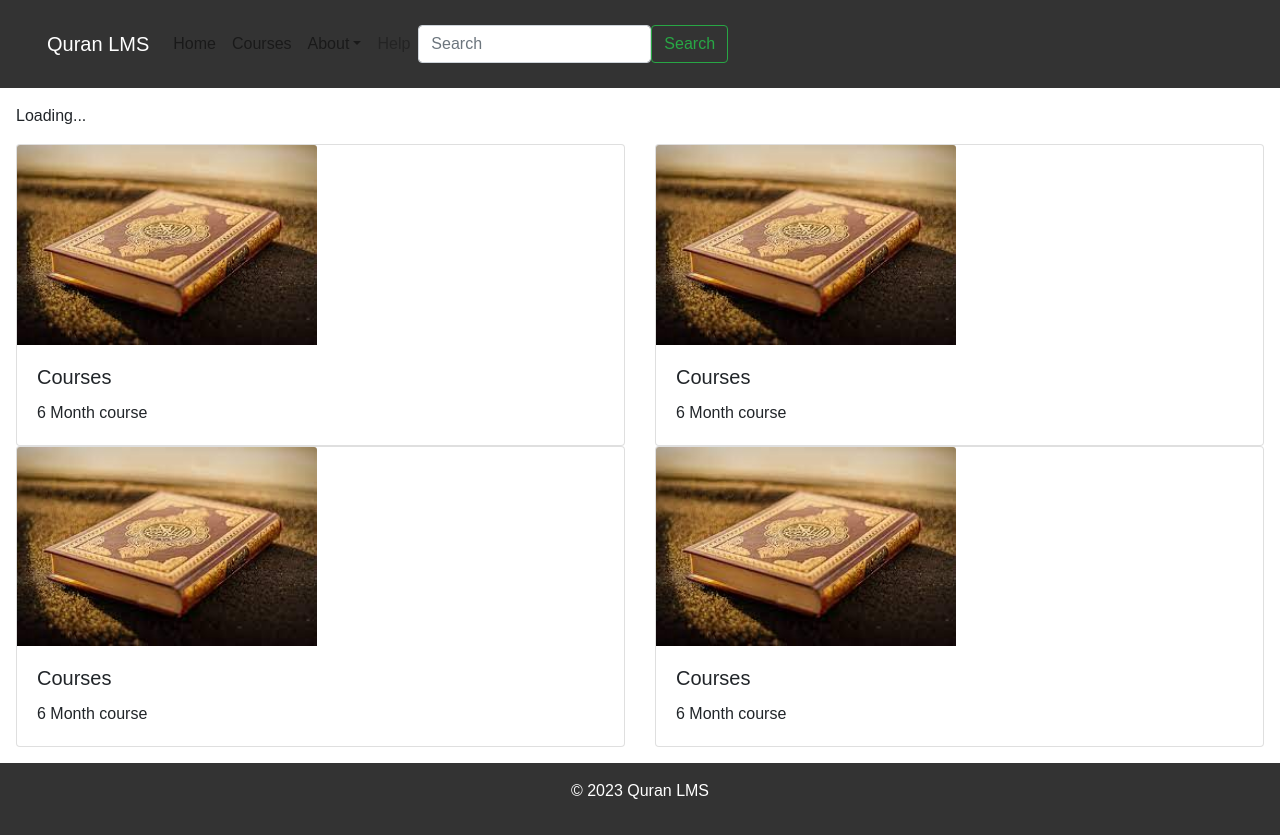
Repository: talha-mahmood/Quran-Lms-react
Page: /
An editor plug-in stored every save of this project. The page is shown before and after a run of saves, followed by the edit.
The browser window is 1280 px wide. The pictures show the whole page.
The page's requests for data from a server got no answer. The project was rebuilt for these pictures with package versions that can differ from the ones it lists, and the page was loaded fresh each time. No one was signed in, and anything a server would have sent is missing.

Above is the page before, as saved 2023-03-09 11:54:49.

### public/index.html
<!DOCTYPE html>
<html lang="en">
  <head>
    <meta charset="utf-8" />
    <link rel="icon" href="%PUBLIC_URL%/favicon.ico" />
    <meta name="viewport" content="width=device-width, initial-scale=1" />
    <meta name="theme-color" content="#000000" />
    <meta
      name="description"
      content="Web site created using create-react-app"
    />

    <link rel="apple-touch-icon" href="%PUBLIC_URL%/logo192.png" />
    <link rel="stylesheet" href="https://cdn.jsdelivr.net/npm/bootstrap@4.4.1/dist/css/bootstrap.min.css" integrity="sha384-Vkoo8x4CGsO3+Hhxv8T/Q5PaXtkKtu6ug5TOeNV6gBiFeWPGFN9MuhOf23Q9Ifjh" crossorigin="anonymous">
    <script src="https://code.jquery.com/jquery-3.4.1.slim.min.js" integrity="sha384-J6qa4849blE2+poT4WnyKhv5vZF5SrPo0iEjwBvKU7imGFAV0wwj1yYfoRSJoZ+n" crossorigin="anonymous"></script>
   <script src="https://cdn.jsdelivr.net/npm/popper.js@1.16.0/dist/umd/popper.min.js" integrity="sha384-Q6E9RHvbIyZFJoft+2mJbHaEWldlvI9IOYy5n3zV9zzTtmI3UksdQRVvoxMfooAo" crossorigin="anonymous"></script>
   <script src="https://cdn.jsdelivr.net/npm/bootstrap@4.4.1/dist/js/bootstrap.min.js" integrity="sha384-wfSDF2E50Y2D1uUdj0O3uMBJnjuUD4Ih7YwaYd1iqfktj0Uod8GCExl3Og8ifwB6" crossorigin="anonymous"></script>
    <!--
      manifest.json provides metadata used when your web app is installed on a
      user's mobile device or desktop. See https://developers.google.com/web/fundamentals/web-app-manifest/
    -->
    <link rel="manifest" href="%PUBLIC_URL%/manifest.json" />
    <!--
      Notice the use of %PUBLIC_URL% in the tags above.
      It will be replaced with the URL of the `public` folder during the build.
      Only files inside the `public` folder can be referenced from the HTML.

      Unlike "/favicon.ico" or "favicon.ico", "%PUBLIC_URL%/favicon.ico" will
      work correctly both with client-side routing and a non-root public URL.
      Learn how to configure a non-root public URL by running `npm run build`.
    -->
    <title>React App</title>
  </head>
  <body>
    <noscript>You need to enable JavaScript to run this app.</noscript>
    <div id="root"></div>

    <!--
      This HTML file is a template.
      If you open it directly in the browser, you will see an empty page.

      You can add webfonts, meta tags, or analytics to this file.
      The build step will place the bundled scripts into the <body> tag.

      To begin the development, run `npm start` or `yarn start`.
      To create a production bundle, use `npm run build` or `yarn build`.
    -->
  </body>
</html>

### src/App.js
import './App.css';
import React,{Component} from 'react';
import Button from 'react-bootstrap/Button';
import Container from 'react-bootstrap/Container';
import Form from 'react-bootstrap/Form';
import Nav from 'react-bootstrap/Nav';
import Navbar from 'react-bootstrap/Navbar';
import NavDropdown from 'react-bootstrap/NavDropdown';
import Card from 'react-bootstrap/Card';
import Col from 'react-bootstrap/Col';
import Row from 'react-bootstrap/Row';
import myimg from './download.jpeg'
class QuranLMS extends Component {
  state = {
    verses: [],
    isLoading: true
  };

  async componentDidMount() {
    const response = await fetch("https://api.quran.com/api/v4/quran/verses/uthmani?chapter_number=1");
    const data = await response.json();
    this.setState({
      verses: data.verses,
      isLoading: false
    });
  }

  render() {
    const { verses, isLoading } = this.state;
    return (
      <div>


          <div>
          <header>
          <Navbar bg="" expand="lg" >
      <Container fluid>
        <Navbar.Brand href="#" style={{ color: 'white' }}>Quran LMS</Navbar.Brand>
        <Navbar.Toggle aria-controls="navbarScroll" />
        <Navbar.Collapse id="navbarScroll">
          <Nav
            className="me-auto my-2 my-lg-0"
            style={{ maxHeight: '100px' }}
            navbarScroll
          >
            <Nav.Link href="#action1">Home</Nav.Link>
            <Nav.Link href="#action2">Courses</Nav.Link>
            <NavDropdown title="About" id="navbarScrollingDropdown">
              <NavDropdown.Item href="#action3">Register</NavDropdown.Item>
              <NavDropdown.Item href="#action4">
                Another action
              </NavDropdown.Item>
              <NavDropdown.Divider />
              <NavDropdown.Item href="#action5">
                Something else here
              </NavDropdown.Item>
            </NavDropdown>
            <Nav.Link href="#" disabled>
              Help
            </Nav.Link>
          </Nav>
          <Form className="d-flex">
            <Form.Control
              type="search"
              placeholder="Search"
              className="me-2"
              aria-label="Search"
            />
            <Button variant="outline-success">Search</Button>
          </Form>
        </Navbar.Collapse>
      </Container>
    </Navbar>
    </header>
          </div>



        <main>
          {isLoading ? (
            <p>Loading...</p>
          ) : (
            verses.map((verse) => (
              <p key={verse.id}>{verse.text_uthmani}</p>
            ))
          )}
          <div>
          <Row xs={1} md={2} className="g-4">
      {Array.from({ length: 4 }).map((_, idx) => (
        <Col>
          <Card>
            <Card.Img variant="top" src={myimg} />

            <Card.Body>
              <Card.Title>Courses</Card.Title>
              <Card.Text>
                6 Month course
              </Card.Text>
            </Card.Body>
          </Card>
        </Col>
      ))}
    </Row>
          </div>

        </main>
        <footer>
          <p>&copy; 2023 Quran LMS</p>
        </footer>
      </div>
    );
  }
}

export default QuranLMS;

### src/App.css
body {
  font-family: Arial, sans-serif;
  margin: 0;

}

header {
  background-color: #333;
  color: #fff;
  padding: 1em;
}

header h1 {
  margin: 0;
}

main {
  padding: 1em;
}

footer {
  background-color: #333;
  color: #fff;
  padding: 1em;
  text-align: center;
}
img{
  max-height:200px;
  max-width:300px;
}

Loaded but not shown: src/index.js (common file); src/index.css (common file); src/reportWebVitals.js (common file)

After the next 2 saves:
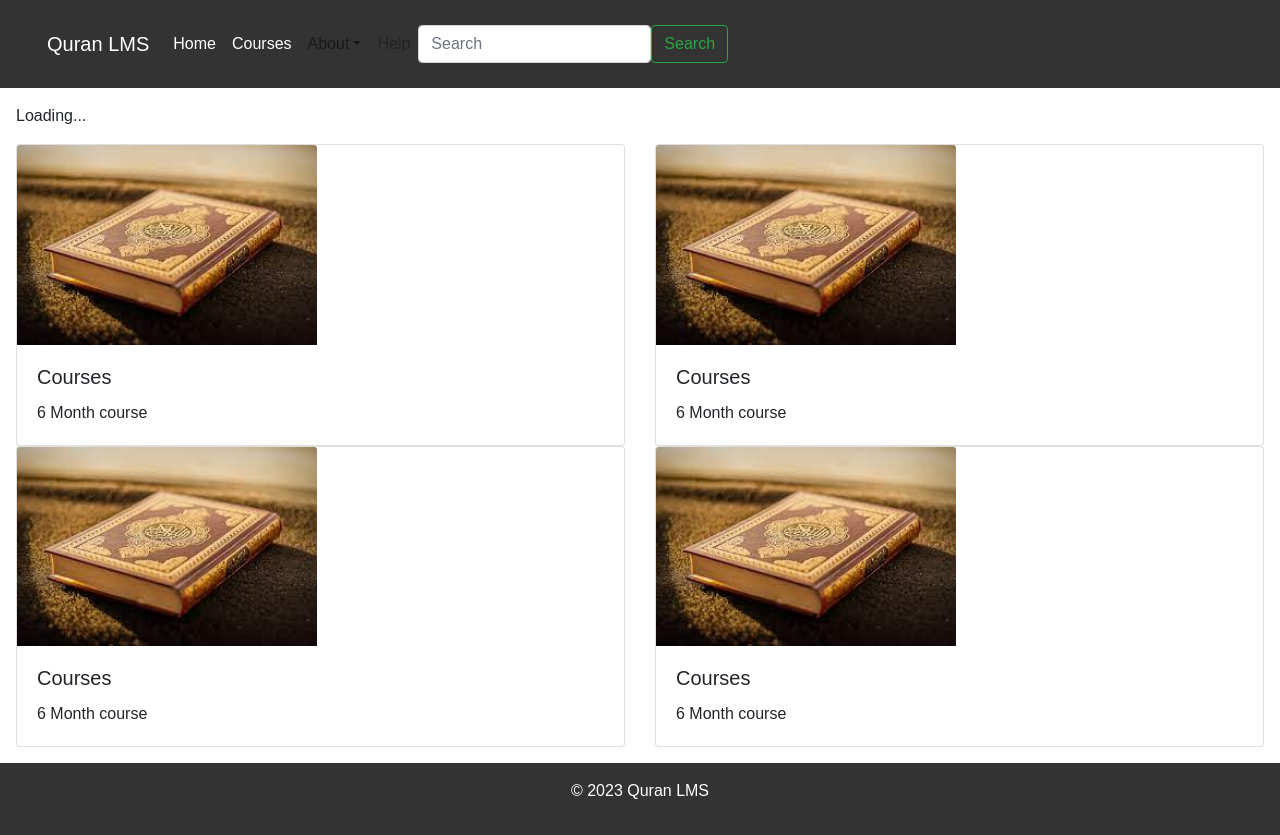
The 2 saves are shown as one change because they came seconds apart.
The last was saved 20 s later.
--- a/src/App.js
+++ b/src/App.js
@@ -43,8 +43,8 @@ class QuranLMS extends Component {
             style={{ maxHeight: '100px' }}
             navbarScroll
           >
-            <Nav.Link href="#action1">Home</Nav.Link>
-            <Nav.Link href="#action2">Courses</Nav.Link>
+            <Nav.Link href="#action1" style={{ color: 'white' }}>Home</Nav.Link>
+            <Nav.Link href="#action2"style={{ color: 'white' }}>Courses</Nav.Link>
             <NavDropdown title="About" id="navbarScrollingDropdown">
               <NavDropdown.Item href="#action3">Register</NavDropdown.Item>
               <NavDropdown.Item href="#action4">
